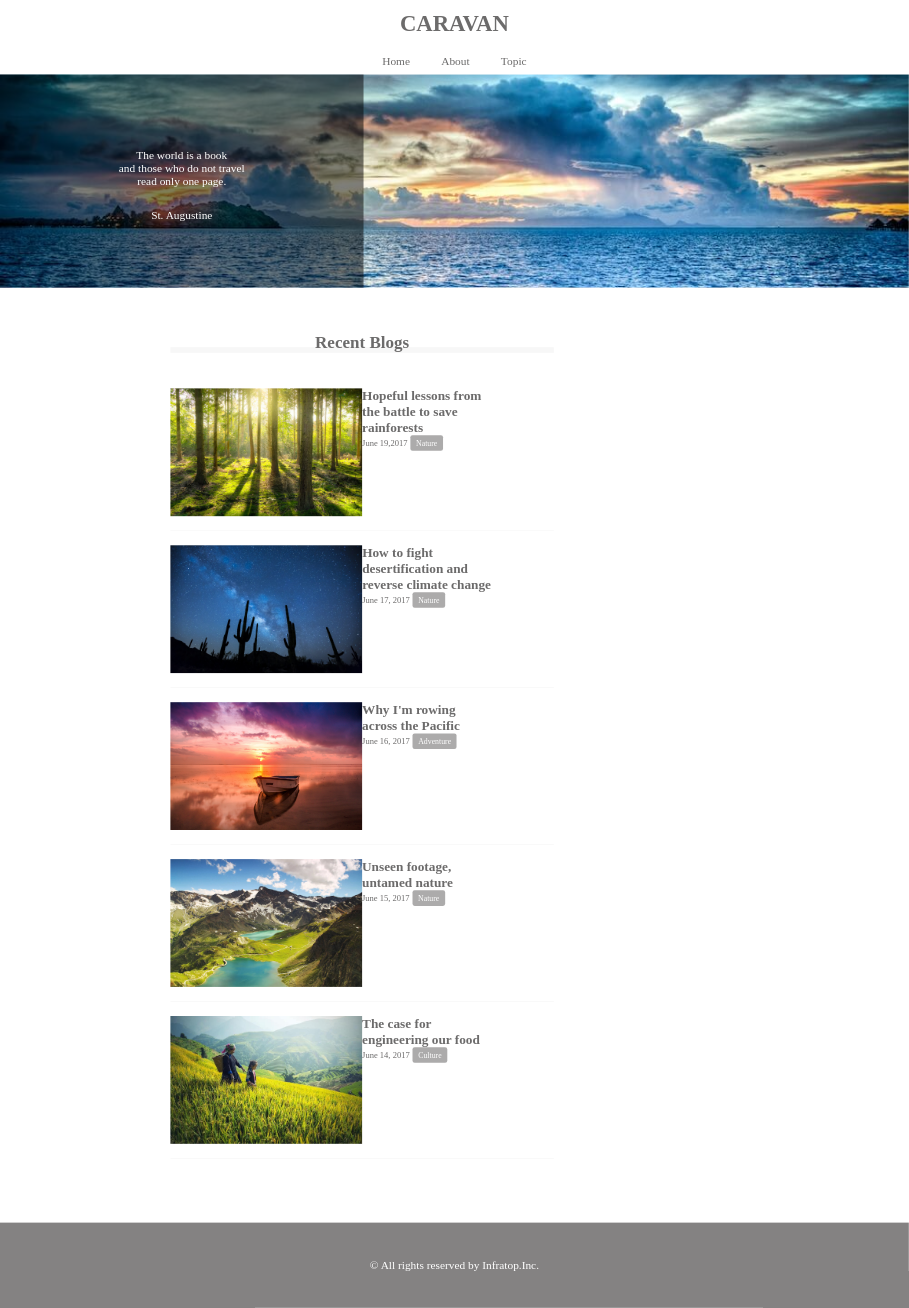
Repository: Souax/prac_20231021
Page: caravan/index.html
The author's editor kept a record of every edit. The page is drawn from the files as they stood at one moment, then again after the next edit.
The browser window is 1280 px wide. The pictures show the whole page, at 71% of full size.

Above is the page before.

### caravan/index.html
<!DOCTYPE html>
<html lang="ja">
  <head>
    <meta charset="UTF-8">
    <link rel="stylesheet" href="style.css">
    <title>CARAVAN</title>
  </head>

  <body>
    <header>
      <h1 class="heading">
        <a href="index.html">
        CARAVAN
        </a>
      </h1>
    </header>

    <nav>
      <ul class="nav-list">
        <li class="nav-list-item">
          <a href="index.html">Home</a>
        </li>
        <li class="nav-list-item">About</li>
        <li class="nav-list-item">Topic</li>
      </ul>
    </nav>

    <div class="main-visual">
      <div class="main-visual-content">
        <p class="main-visual-text">
          The world is a book <br />
          and those who do not travel<br />
          read only one page.
        </p>
        <p class="main-visual-name">
          St. Augustine
        </p>
      </div>
    </div>

<main>
  <section class="blog">
    <h2 class="blog-heading">Recent Blogs</h2>

    <div class="blog-box">
    <div class="blog-item">
      <img class="blog-image" src="img/forest.jpg">
      <section class="blog-text">
        <h3 class="blog-text-heading">
          <a href="single.html">
            Hopeful lessons from<br>
            the battle to save<br>
            rainforests
          </a>
        </h3>
        <p class="blog-date">June 19,2017</p>
        <span class="category">Nature</span>
      </section>
      </div>
      <div class="blog-item">
            <img class="blog-image" src="img/desert.jpg" />
            <section class="blog-text">
              <h3 class="blog-text-heading">
                <a href="single.html">
                  How to fight<br>
                  desertification and<br>
                  reverse climate change
                </a>
              </h3>
              <p class="blog-date">June 17, 2017</p>
              <span class="category">Nature</span>
            </section>
          </div>
          <div class="blog-item">
            <img class="blog-image" src="img/sunset.jpg" />
            <section class="blog-text">
              <h3 class="blog-text-heading">
                <a href="single.html">
                  Why I'm rowing<br>
                  across the Pacific
                </a>
              </h3>
              <p class="blog-date">June 16, 2017</p>
              <span class="category">Adventure</span>
            </section>
          </div>
          <div class="blog-item">
            <img class="blog-image" src="img/italy.jpg" />
            <section class="blog-text">
              <h3 class="blog-text-heading">
                <a href="single.html">
                  Unseen footage,<br>
                  untamed nature
                </a>
              </h3>
              <p class="blog-date">June 15, 2017</p>
              <span class="category">Nature</span>
            </section>
          </div>
          <div class="blog-item">
            <img class="blog-image" src="img/asia.jpg" />
            <section class="blog-text">
              <h3 class="blog-text-heading">
                <a href="single.html">
                  The case for<br>
                  engineering our food
                </a>
              </h3>
              <p class="blog-date">June 14, 2017</p>
              <span class="category">Culture</span>
            </section>
            </div>
            </div>
            </section>
            <div class="sidebar"></div>
            </main>

<footer>
  <p class="footer-text">© All rights reserved by Infratop.Inc.</p>
  </footer>
  </body>
  </html>

### caravan/style.css
*{
  margin:0;
  padding:0;
  box-sizing:border-box;
  color:#6c6b6b;
}

a{
  text-decoration:none;
}

header{
  width:90%;
  padding:15px 0;
  margin:0 auto;
  text-align:center;
}

header .heading{
  font-size:32px;
}

.nav-list{
  text-align:center;
  padding:10px 0;
  margin:0 auto;
}

.nav-list-item{
  list-style: none;
  display:inline-block;
  margin:0 20px;
}

.main-visual{
  width:100%;
  height:300px;
  background-image:url(img/mv.jpg);
  background-size:cover;
  background-position:center;
}

.main-visual-content{
  width:40%;
  height:300px;
  background-color:rgba(0,0,0,0.5);
  text-align:center;
  padding-top:105px;
}

.main-visual-text{
  color:#fff;
}

.main-visual-name{
  margin-top:30px;
  color:#fff;
}

main{
  width:800px;
  display:flex;
  justify-content:center;
  margin:0 auto;
  padding:70px 0;
}

.blog{
  width:540px;
  margin-right:30px;
}

.blog-heading{
  border-bottom:8px solid #f7f7f7;
  text-align:center;
  line-height:0.6;
}

.blog-box{
  padding-top:50px;
}

.blog-item{
  padding-bottom:20px;
  margin-bottom:20px;
  border-bottom:1px solid #f7f7f7;
  display:flex;
  justify-content:flex-start;
}

.blog-image{
  height:180px;
}

.blog-date{
  font-size:12px;
  display:inline-block;
}

.category{
  display:inline-block;
  padding:5px 8px;
  background-color:#acabab;
  border-radius:3px;
  color:#fff;
  font-size:11px;

}

.sidebar{
  width:230px;
}

footer{
  width:100%;
  height:120px;
  text-align:center;
  line-height:120px;
  background-color:#848282;
}

.footer-text{
  color:#fff;
}

After the next edit:
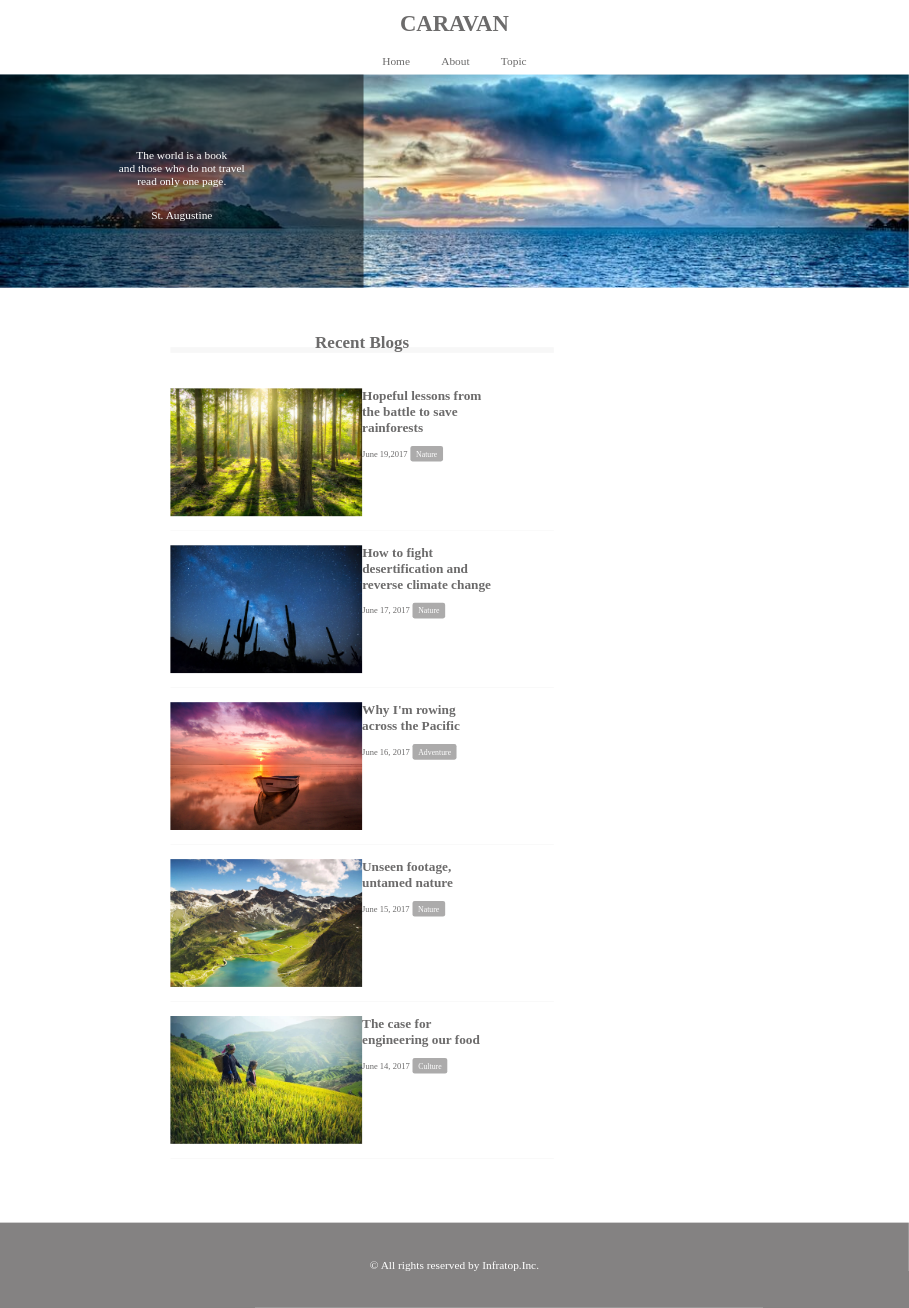
The edit:
--- a/caravan/style.css
+++ b/caravan/style.css
@@ -92,6 +92,14 @@
   height:180px;
 }
 
+.bolg-text{
+  padding:25px 0 0 30px;
+}
+
+.blog-text-heading{
+  padding-bottom:15px;
+}
+
 .blog-date{
   font-size:12px;
   display:inline-block;
